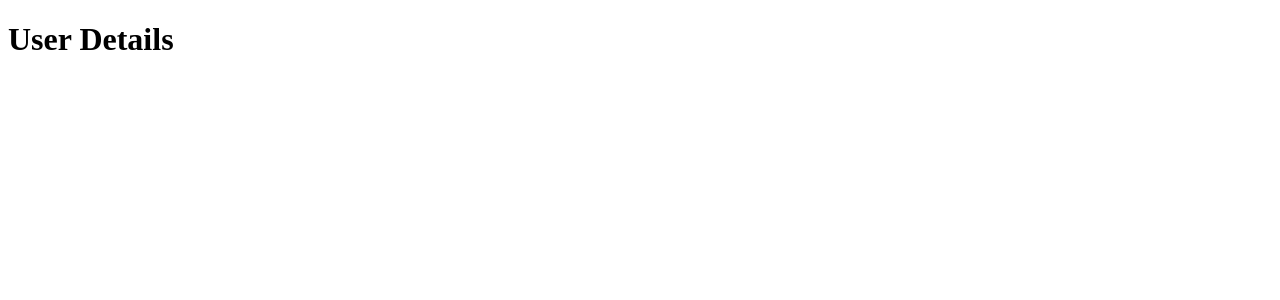
Repository: Nitin-Kalshetty/Training_Java
Page: http://localhost/usertaglibrary/controller.do
An editor plug-in stored every save of this project. The page is shown before and after the next save, followed by the edit.
The browser window is 1280 px wide. The pictures show the whole page.
The page is served by Tomcat 9.

Above is the page before, as saved 2023-05-26 12:11:12.

After the next save:
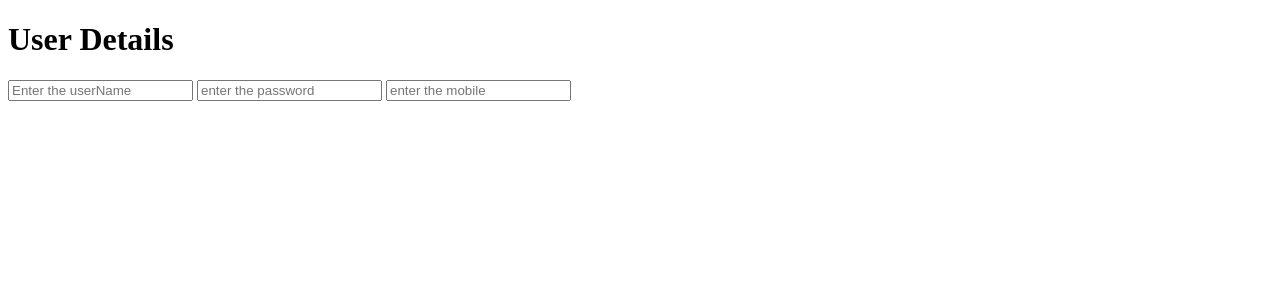
Saved 4 min 1 s later.
--- a/usertaglibrary/src/main/webapp/register.jsp
+++ b/usertaglibrary/src/main/webapp/register.jsp
@@ -9,8 +9,10 @@
 <body>
 
 <h1>User Details</h1>
-<form action="">
-
+<form action="" method="POST" >
+<input placeholder="Enter the userName" name="username" />
+<input placeholder="enter the password" name="password" />
+<input placeholder="enter the mobile" name="mobile" />
 
 </form>
 
